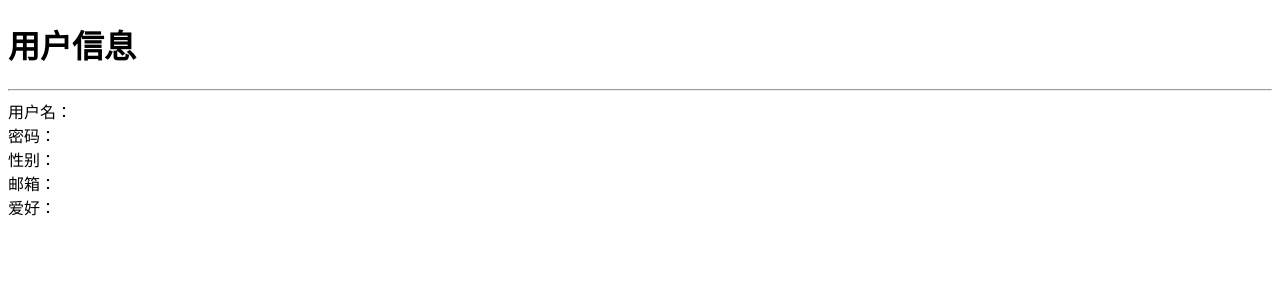
Repository: DFmoon/Servlet
Page: http://localhost/Exercise/3.2_userinfo.jsp
An editor plug-in stored every save of this project. The page is shown before and after the next save, followed by the edit.
The browser window is 1280 px wide. The pictures show the whole page.
The page is served by Tomcat 9.

Above is the page before, as saved 2018-08-17 08:28:39.

After the next save:
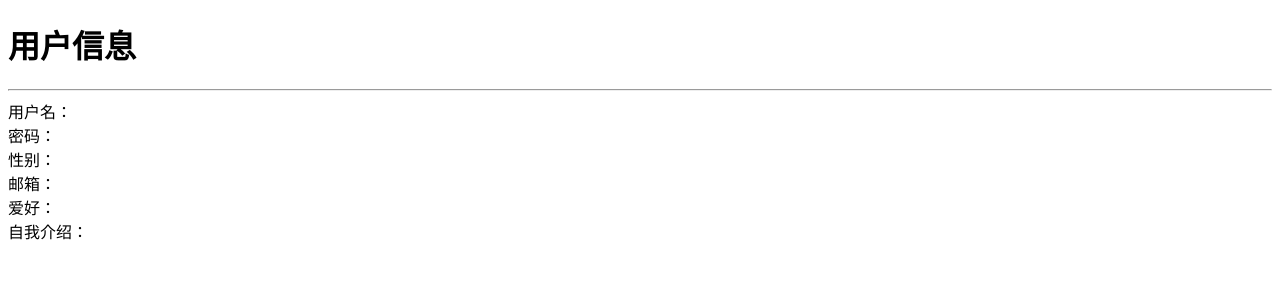
Saved 2 min 17 s later.
--- a/Exercise/WebContent/3.2_userinfo.jsp
+++ b/Exercise/WebContent/3.2_userinfo.jsp
@@ -13,5 +13,6 @@
 	性别：<br>
 	邮箱：<br>
 	爱好：<br>
+	自我介绍：<br>
 </body>
 </html>
